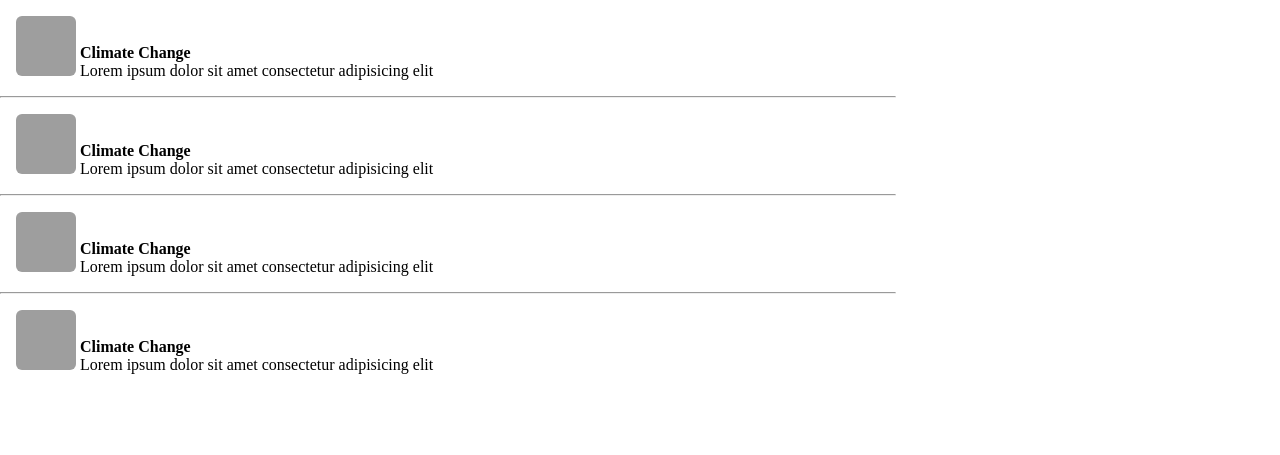
Repository: longNT0dev/C4E132
Page: SS3/index.html
These files come from the project's save history. The page is drawn as it stood at one moment and after the next save; the edit follows.
The browser window is 1280 px wide. The pictures show the whole page.
Pictures or frames that could not be fetched are drawn as grey boxes.

Above is the page before, as saved 2022-09-28 22:01:33.

### SS3/index.html
<!DOCTYPE html>
<html lang="en">
  <head>
    <meta charset="UTF-8" />
    <meta http-equiv="X-UA-Compatible" content="IE=edge" />
    <meta name="viewport" content="width=device-width, initial-scale=1.0" />
    <title>Document</title>
    <link rel="stylesheet" href="style.css" />
  </head>
  <body>
    <!-- <p>Đây là style theo tên thẻ 1</p>
    <p class="big-font-size">Đây là style theo tên thẻ 2</p>
    <h1 class="class-1 class-2">Đây là style theo tên thẻ</h1>
    <h1 id="id-1" class="big-font-size">Đây là style theo tên thẻ</h1> -->

    <div class="container">

      <div class="item">
        <img
          src="https://cdn.pixabay.com/photo/2015/04/23/22/00/tree-736885__480.jpg"
          alt="avatar"
        />
        <div class="content">
          <h1>Climate Change</h1>
          <p>Lorem ipsum dolor sit amet consectetur adipisicing elit</p>
        </div>
      </div>

      <hr>

      <div class="item">
        <img
          src="https://cdn.pixabay.com/photo/2015/04/23/22/00/tree-736885__480.jpg"
          alt="avatar"
        />
        <div class="content">
          <h1>Climate Change</h1>
          <p>Lorem ipsum dolor sit amet consectetur adipisicing elit</p>
        </div>
      </div>

      <hr>

      <div class="item">
        <img
          src="https://cdn.pixabay.com/photo/2015/04/23/22/00/tree-736885__480.jpg"
          alt="avatar"
        />
        <div class="content">
          <h1>Climate Change</h1>
          <p>Lorem ipsum dolor sit amet consectetur adipisicing elit</p>
        </div>
      </div>

      <hr>

      <div class="item">
        <img
          src="https://cdn.pixabay.com/photo/2015/04/23/22/00/tree-736885__480.jpg"
          alt="avatar"
        />
        <div class="content">
          <h1>Climate Change</h1>
          <p>Lorem ipsum dolor sit amet consectetur adipisicing elit</p>
        </div>
      </div>
    </div>
  </body>
</html>

### SS3/style.css
/* selector  */

/* Chọn theo tên thẻ */
/* p {
    color: red;
    background-color: black;
} */

/* Chọn theo class */
/* .class-1 {
    color: green;
    background-color: black;
}

.big-font-size {
    font-size: 50px;
}

#id-1 {
    color: blue;
    background-color: black;
} */

*{
    margin: 0;
    padding: 0;
    box-sizing: border-box;
    font-size: 16px;
}

.container {
    width: 70%;
    height: auto;
}

.item {
    width: 100%;
    height: 23%;
    margin: 16px 16px;
}

.item img {
    width: 60px;
    height: 60px;
    border-radius: 6px;
}

.content {
    display: inline-block;
    width: 60%;
    height: 100%;
}

After the next save:
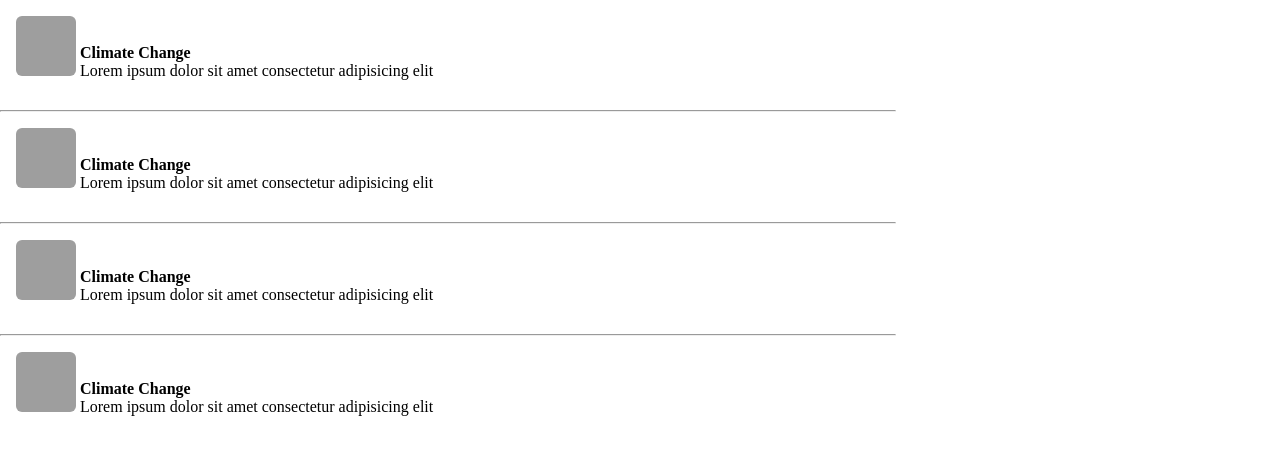
Saved 8 s later.
--- a/SS3/style.css
+++ b/SS3/style.css
@@ -48,5 +48,5 @@
 .content {
     display: inline-block;
     width: 60%;
-    height: 100%;
+    height: 50px;
 }

After the save that followed:
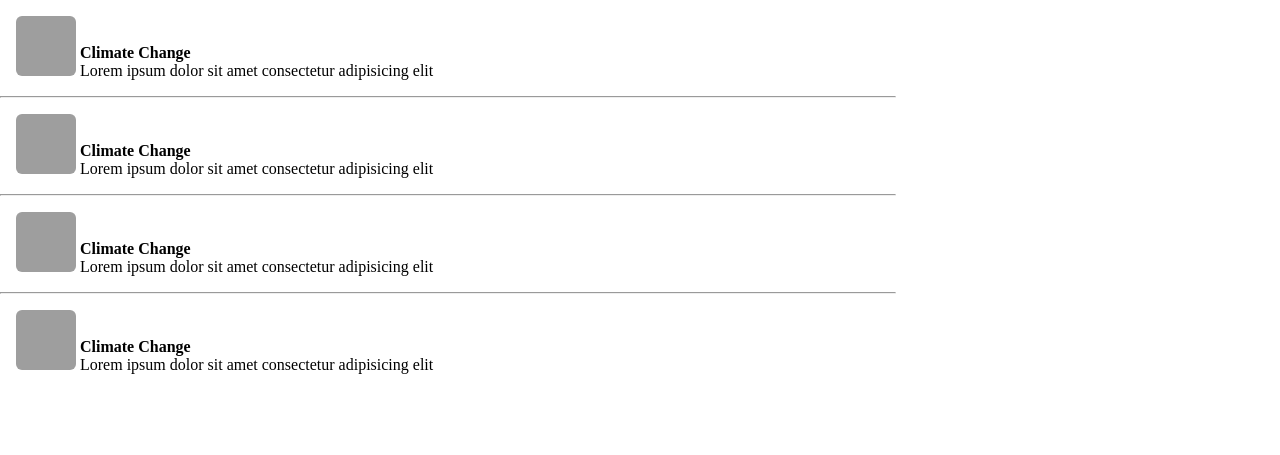
Saved 5 s later.
--- a/SS3/style.css
+++ b/SS3/style.css
@@ -47,6 +47,6 @@
 
 .content {
     display: inline-block;
-    width: 60%;
-    height: 50px;
+    width: auto;
+    height: 100%;
 }
